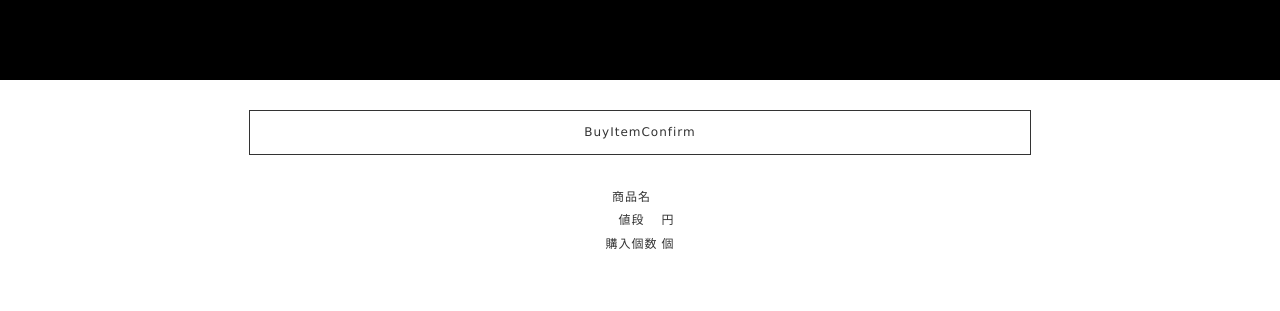
Repository: cha-git/ecsite
Page: http://localhost/template/buyItemConfirm.jsp
An editor plug-in stored every save of this project. The page is shown before and after the next save, followed by the edit.
The browser window is 1280 px wide. The pictures show the whole page.
The page is served by Tomcat 9. Other server files are loaded and not shown.

Above is the page before, as saved 2018-12-26 10:45:24.

### template/WebContent/buyItemConfirm.jsp
<%@ page language="java" contentType="text/html; charset=UTF-8"
    pageEncoding="UTF-8"%>
<%@ taglib prefix="s" uri="/struts-tags" %>
<!DOCTYPE html>
<html>
<head>
	<meta http-equiv="Content-Type" content="text/html; charset=UTF-8" />
	<meta http-equiv="Content-Style-Type" content="text/css" />
	<meta http-equiv="Content-Script-Type" content="text/javascrpit" />
	<meta http-equiv="imagetoolbar" content="no" />
	<meta name="description" content="" />
	<meta name="keywords" content="" />
	<title>buyItemConfirm画面</title>

	<style type="text/css">
	/* ========TAG LAYOUT======== */
	body {
		margin:0;
		padding:0;
		line-height:1.6;
		letter-spacing:1px;
		font-family:Verdana, Helvetica, sans-serif;
		font-size:12px;
		color:#333;
		background:#fff;
	}

	table {
		text-align:center;
		margin:0 auto;
	}
	/* ========ID LAYOUT======== */
	#top {
		width:780px;
		margin:30px auto;
		border:1px solid #333;
	}

	#header {
		width:100%;
		height:80px;
		background-color:black;
	}

	#main {
		width:100%;
		height:500px;
		text-align:center;
	}

	#footer {
		width:100%;
		height:80px;
		background-color:black;
		clear:both;
	}
	</style>
</head>
<body>
	<div id="header">
		<div id="pr">
		</div>
	</div>
	<div id="main">
		<div id="top">
			<p>BuyItemConfirm</p>
		</div>
		<div>
			<s:form action="BuyItemConfirmAction">
			<table>
				<tr>
					<td>商品名</td>
					<td><s:property value="session.buyItem_name" /></td>
				</tr>
				<tr>
					<td>値段</td>
					<td>
						<s:property value="session.buyItem_price" />
						<span>円</span>
					</td>
				</tr>
				<tr>
					<td>購入個数</td>
					<td>
						<s:property value="session.stock" />
						<span>個</span>
					</td>
				</tr>
			</table>
			</s:form>
		</div>
	</div>
</body>
</html>

After the next save:
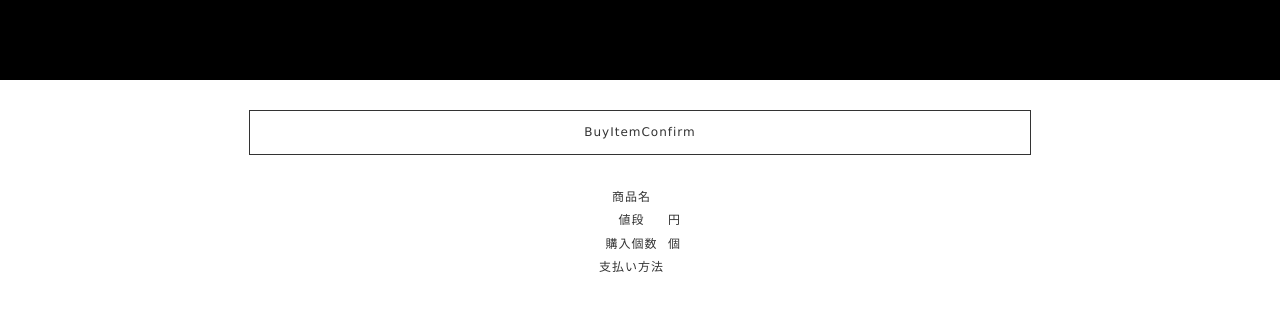
Saved 44 s later.
--- a/template/WebContent/buyItemConfirm.jsp
+++ b/template/WebContent/buyItemConfirm.jsp
@@ -86,6 +86,10 @@
 						<span>個</span>
 					</td>
 				</tr>
+				<tr>
+					<td>支払い方法</td>
+					<td><s:property value="sesison.pay" /></td>
+				</tr>
 			</table>
 			</s:form>
 		</div>
